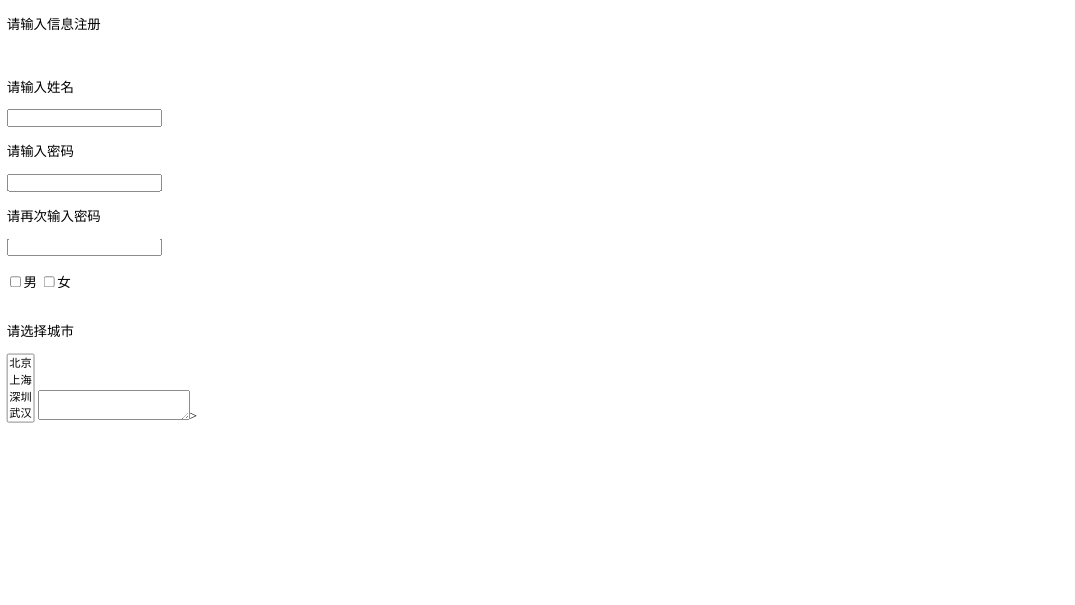
Repository: xienezheng/javaPractice
Page: javaweb/try2/WebContent/reg.html
An editor plug-in stored every save of this project. The page is shown before and after the next save, followed by the edit.
The browser window is 1280 px wide. The pictures show the whole page, at 84% of full size.

Above is the page before, as saved 2017-04-23 08:57:24.

### javaweb/try2/WebContent/reg.html
<!DOCTYPE html>
<html>
<head>
<meta charset="UTF-8">
<title>Insert title here</title>
</head>
<style>
p
{
position:absoulute;
top:50px;
left:200px;

}
</style>
<body>

<p>请输入信息注册</p><br>
<p>请输入姓名</p>
<form action="reg.jsp"method="post">
<input type="text"name="name">
<p>请输入密码</p>
<input type="password"name="password1">
<p>请再次输入密码</p>
<input type="password"name="password2">
<br>
<br>
<input type="checkbox"name="sex"value="man">男
<input type="checkbox"name="sex"value="woman">女
<br>
<br>
<p>请选择城市</p>
<select name="city"size="4.multipy">
<option>北京</option>
<option>上海</option>
<option>深圳</option>
<option>武汉</option>
</select>
<textarea name="add">
</textarea>>
</form>
</body>
</html>

After the next save:
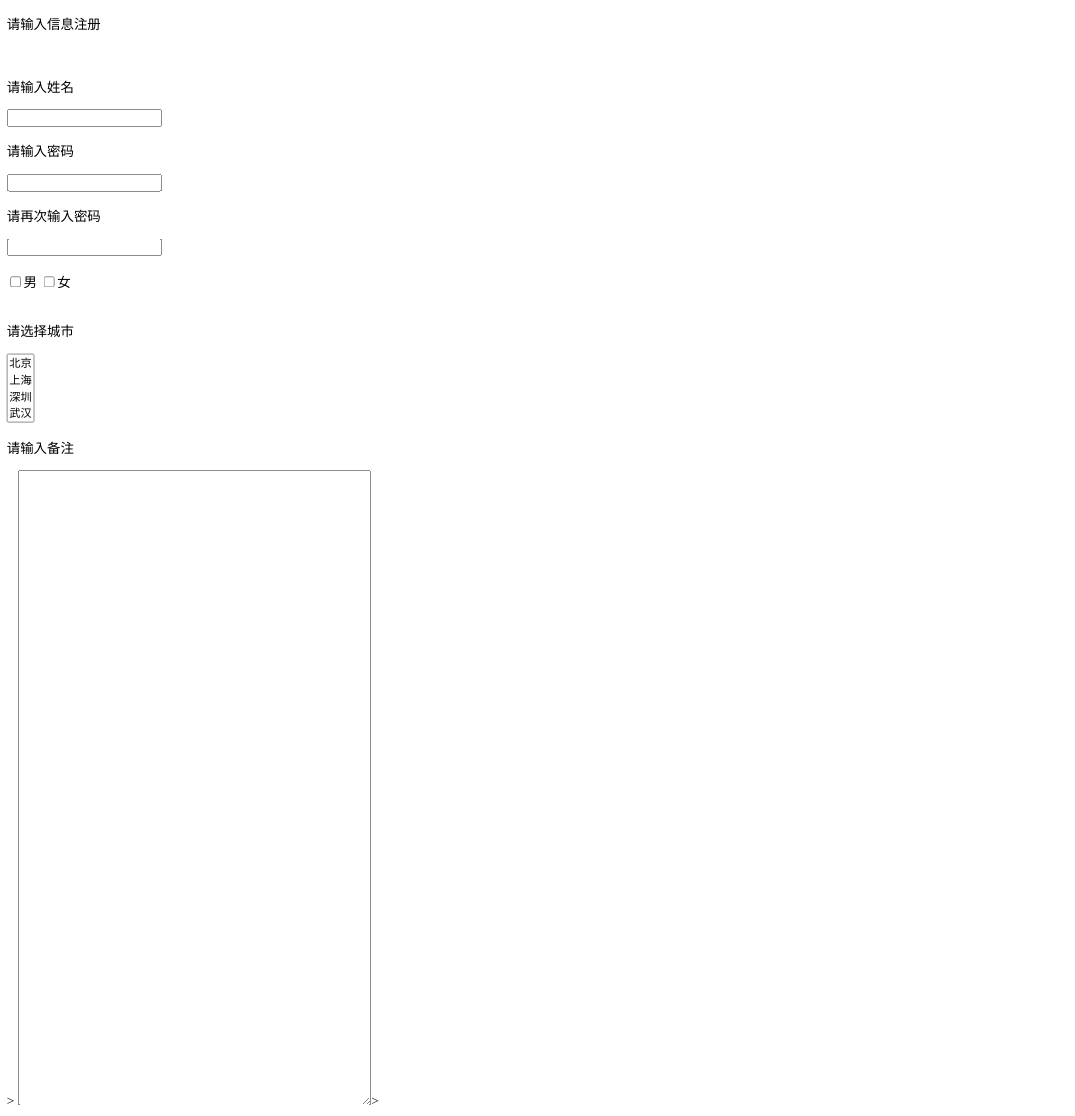
Saved 47 s later.
--- a/javaweb/try2/WebContent/reg.html
+++ b/javaweb/try2/WebContent/reg.html
@@ -36,7 +36,8 @@ left:200px;
 <option>深圳</option>
 <option>武汉</option>
 </select>
-<textarea name="add">
+<p>请输入备注</p>>
+<textarea name="add"cols="50"rows="50">
 </textarea>>
 </form>
 </body>
